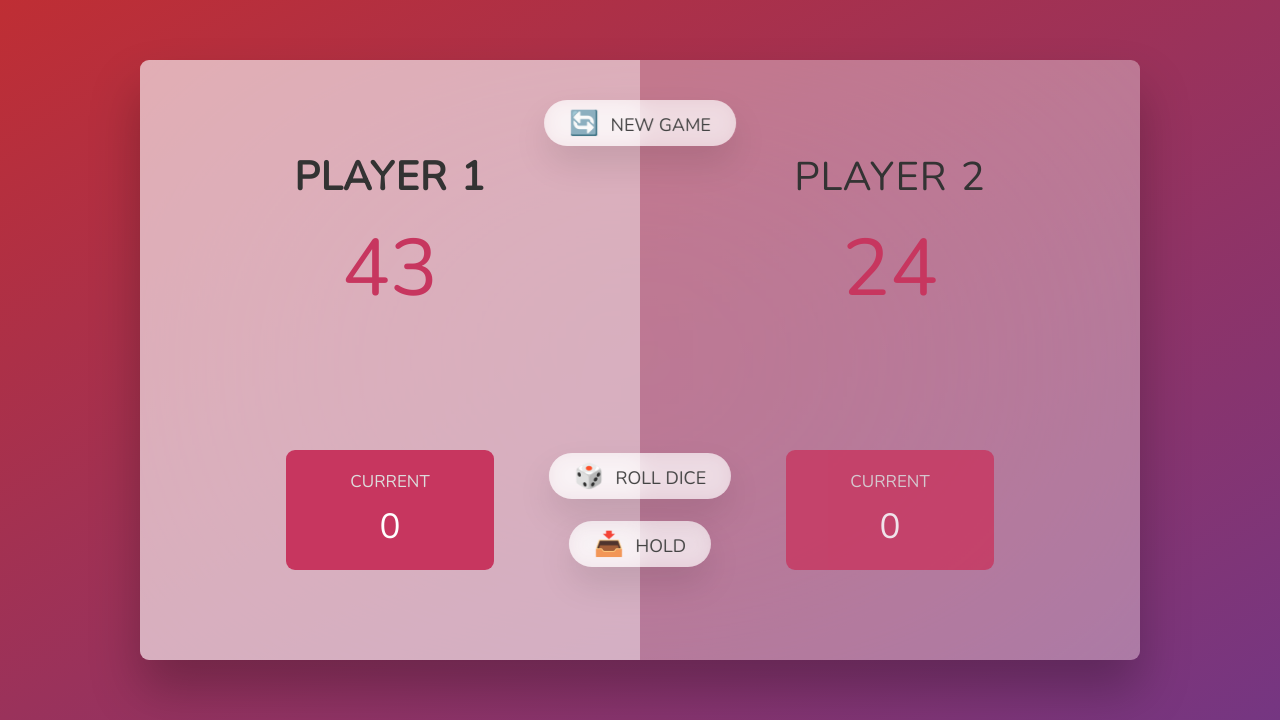
Repository: AbanoubSamyTawfek2002/pig-game
Page: index.html
These files come from the project's save history. The page is drawn as it stood at one moment and after the next save; the edit follows.
The browser window is 1280 px wide. The pictures show the whole page.

Above is the page before, as saved 2025-09-27 00:51:44.

After the next save:
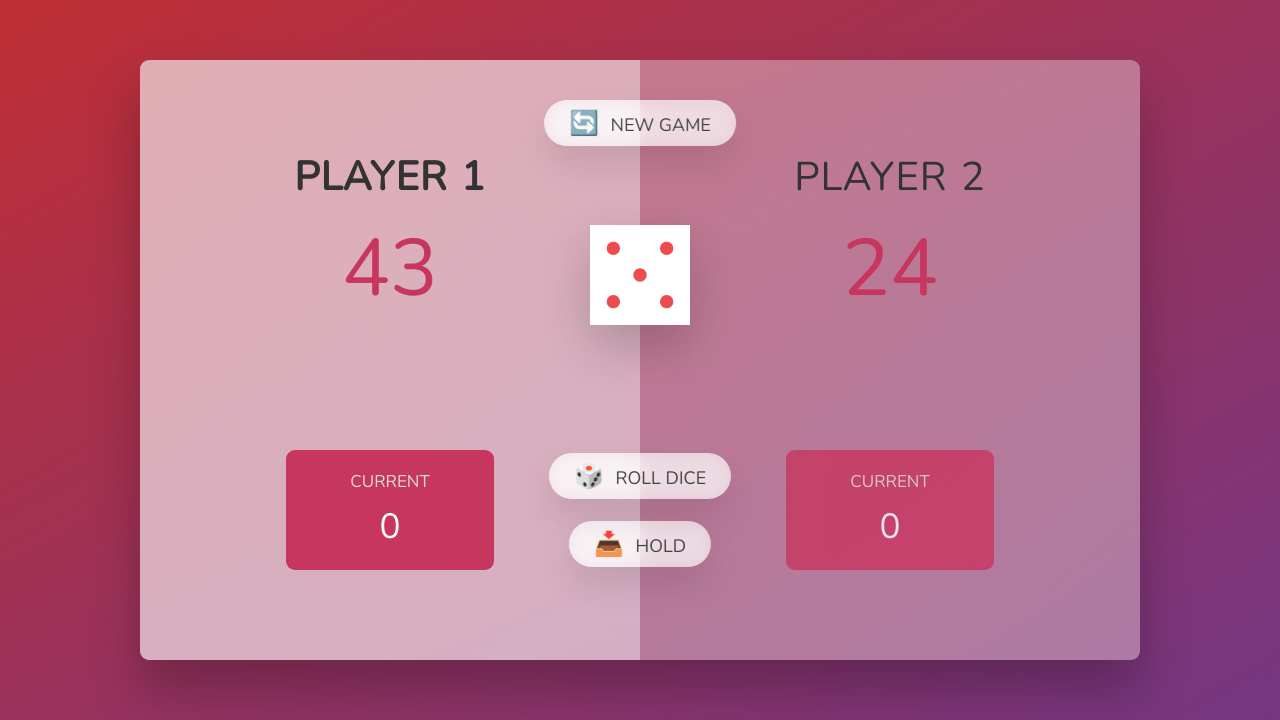
Saved 7 s later.
--- a/script.js
+++ b/script.js
@@ -2,4 +2,4 @@
 
 const hiddeScore1 = document.getElementById('score--0');
 const hiddeScore2 = document.getElementById('score--1');
-const hiddeDice = document.querySelector('.dice').classList.add('hidden');
+const hiddeDice = document.querySelector('.dice');
